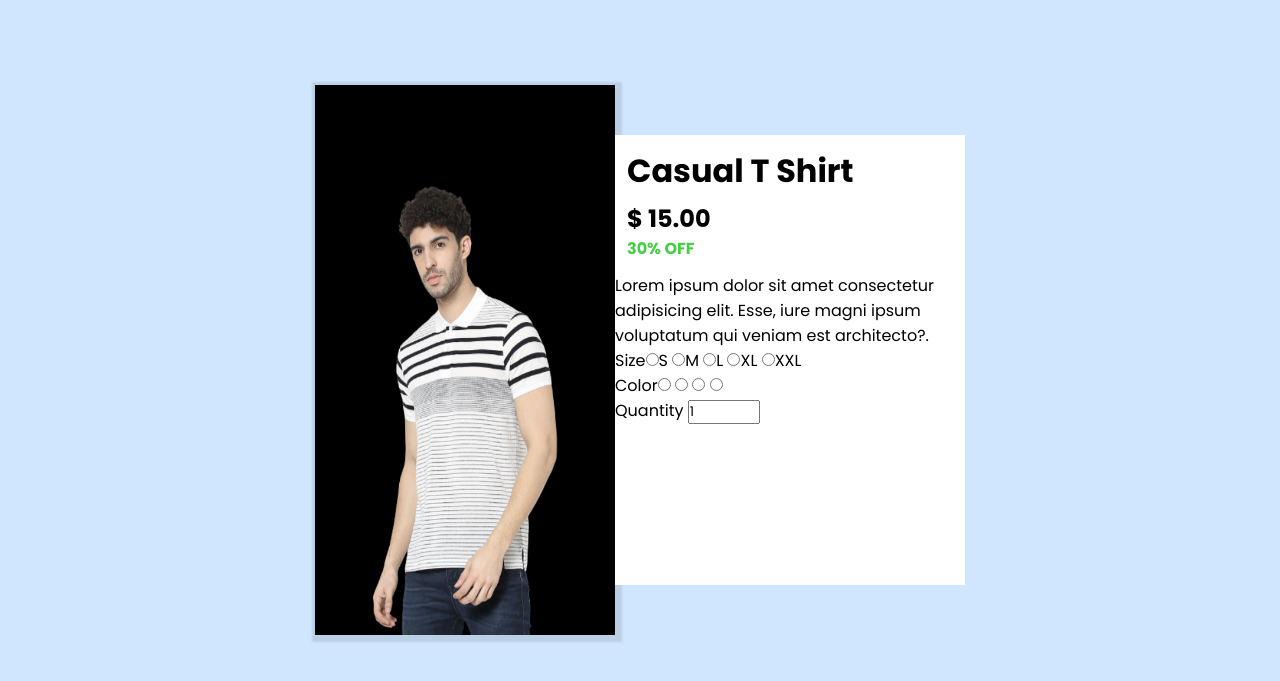
Repository: Ankitkr2021/Product-Page
Page: index.html
These files come from the project's save history. The page is drawn as it stood at one moment and after the next save; the edit follows.
The browser window is 1280 px wide. The pictures show the whole page.

Above is the page before, as saved 2025-10-24 10:58:26.

After the next save:
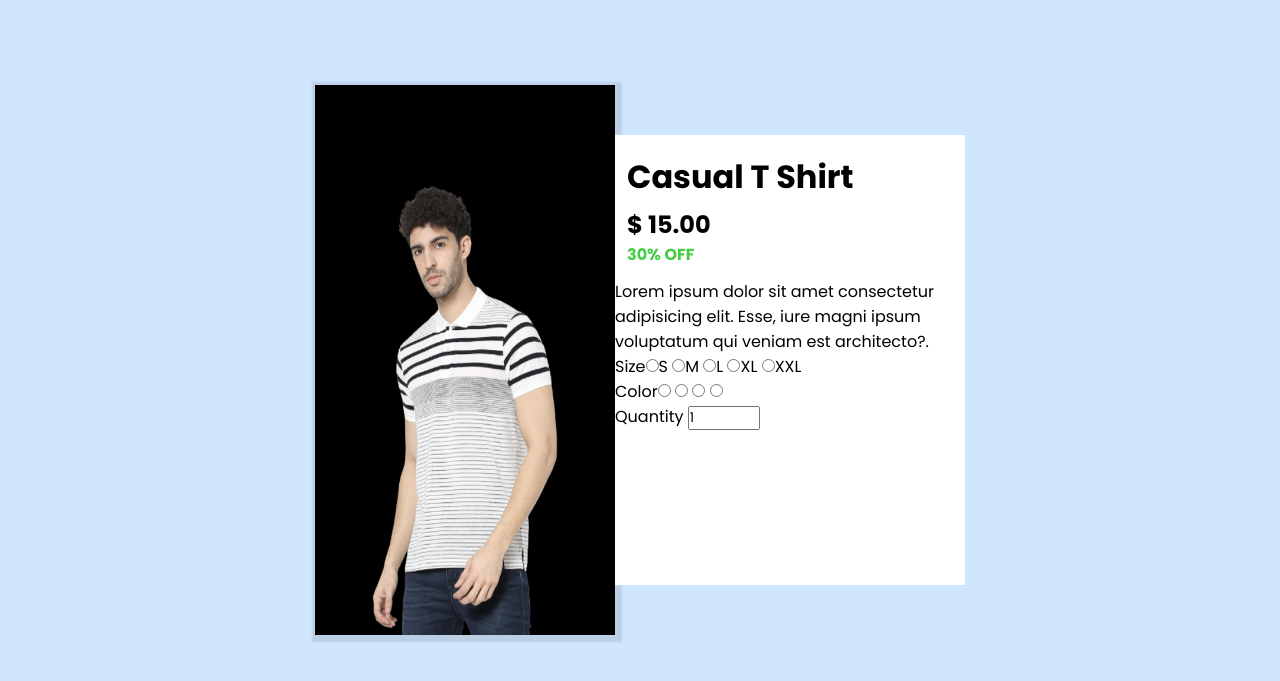
Saved 10 s later.
--- a/style.css
+++ b/style.css
@@ -37,7 +37,7 @@ img {
 }
 
 .right h1 {
-    padding: 12px 12px 6px 12px;
+    padding: 18px 12px 6px 12px;
 }
 
 .right h2 {
